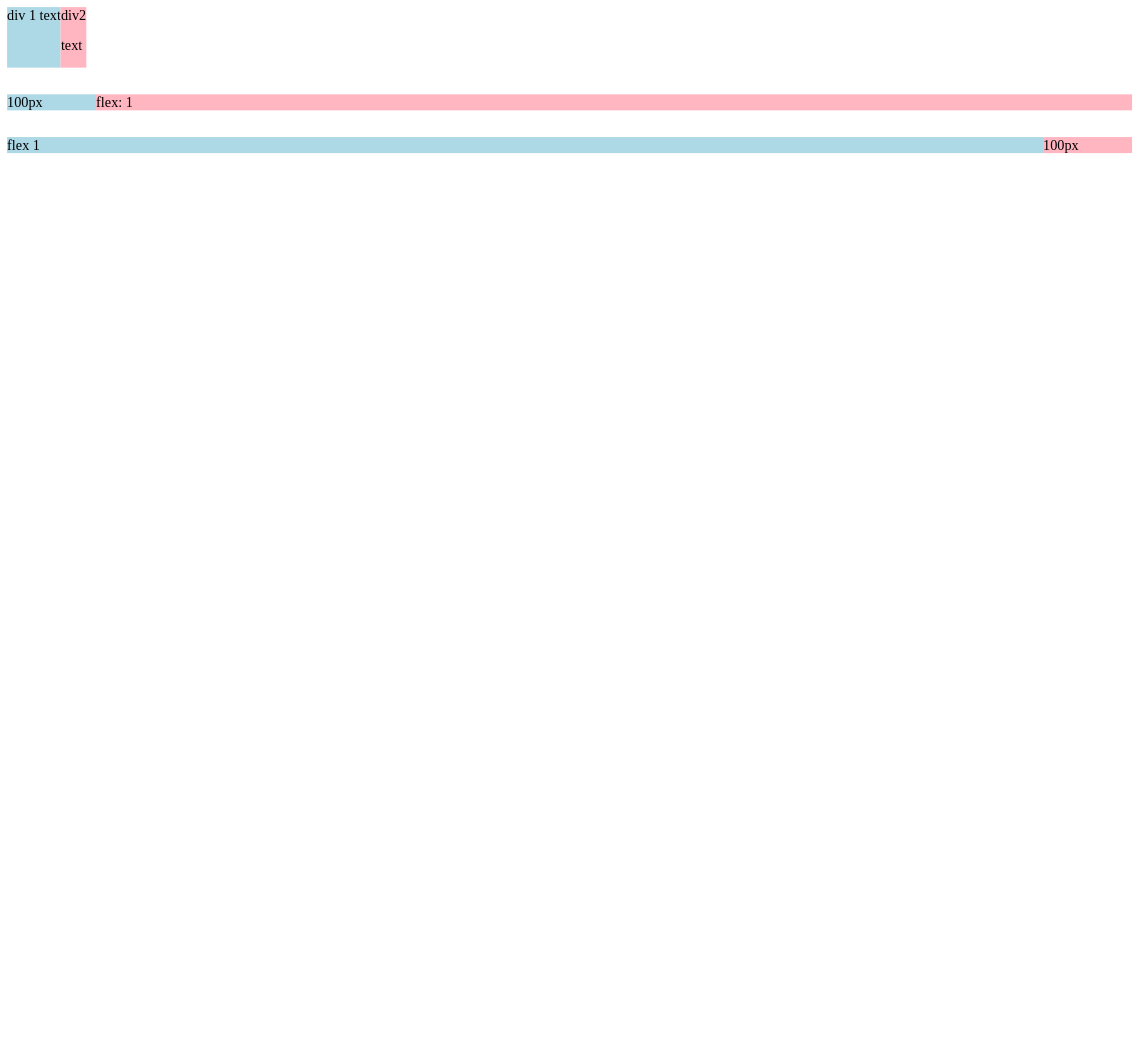
Repository: knowledgeAlan/html-css-twelve
Page: flexbox.html
The author's editor kept a copy of each file at every save. The page is drawn from the files as they stood at one save, then again after the next save.
The browser window is 1280 px wide. The pictures show the whole page, at 89% of full size.

Above is the page before, as saved 2024-03-11 17:17:41.

After the next save:
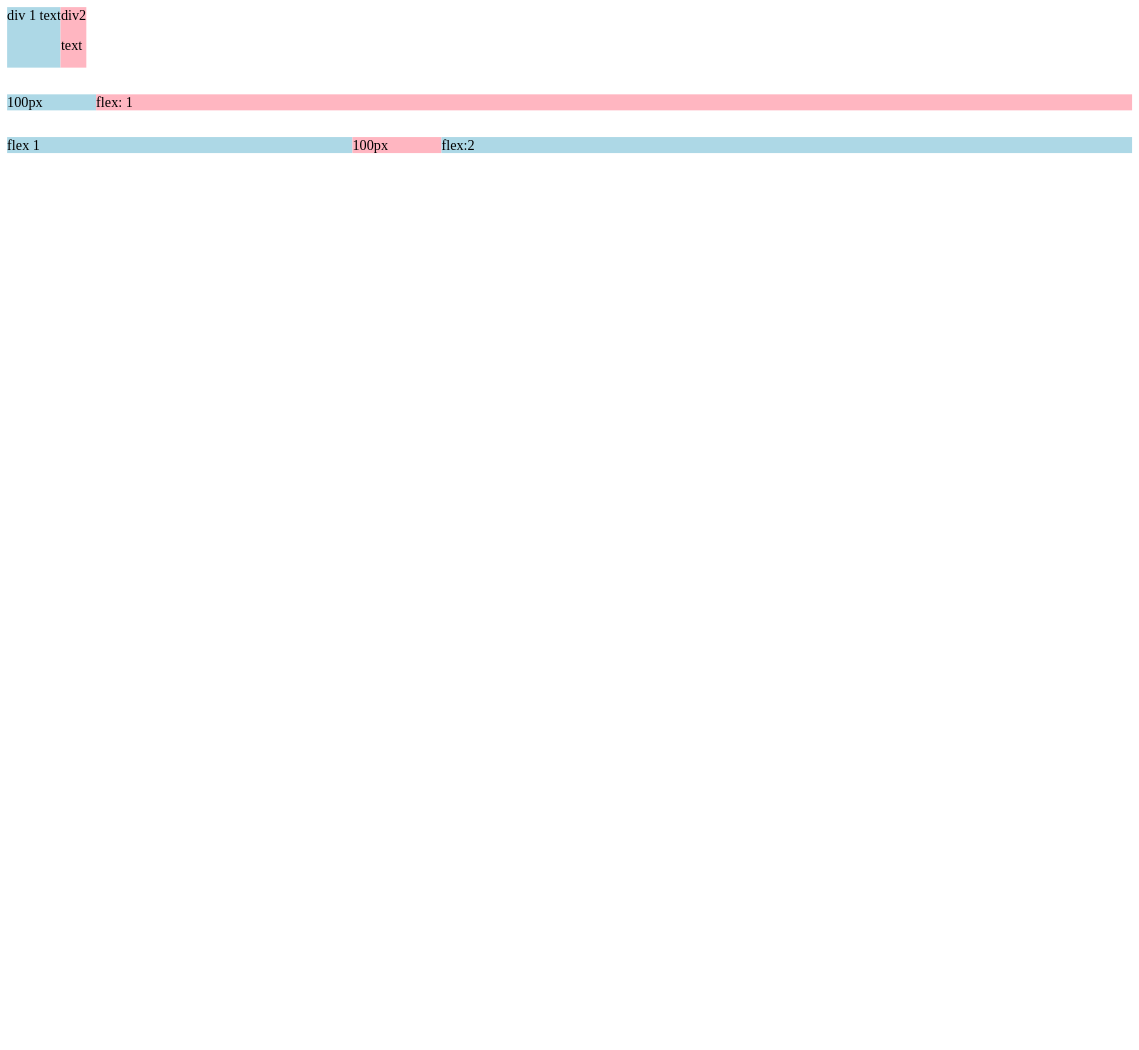
Saved 46 s later.
--- a/flexbox.html
+++ b/flexbox.html
@@ -58,6 +58,10 @@
             100px
         </div>
 
+        <div style="background-color: lightblue; flex:2">
+            flex:2
+        </div>
+
         </div>
 
 
